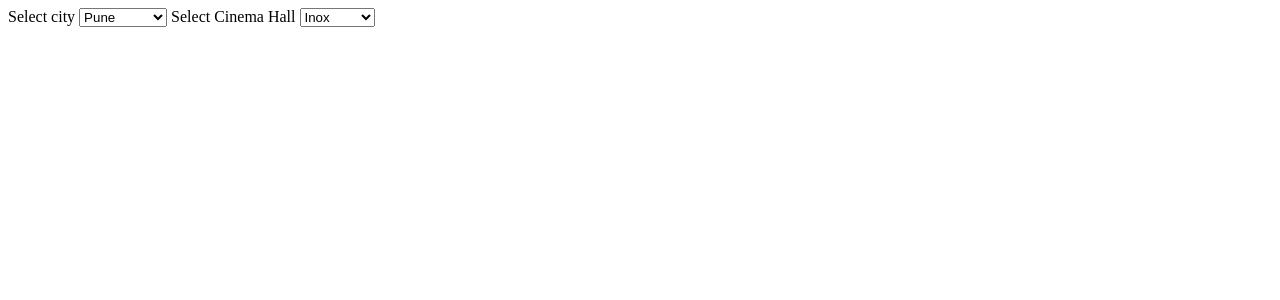
Repository: mayureshzende/C-JAVA-SQL-JS-NOTES-and-books
Page: java Notes/Adv java notes/AdvJava_prog/2018_Batch_5/bookmyshow/WebContent/cinemaHall.html
An editor plug-in stored every save of this project. The page is shown before and after the next save, followed by the edit.
The browser window is 1280 px wide. The pictures show the whole page.

Above is the page before, as saved 2018-09-25 04:05:30.

After the next save:
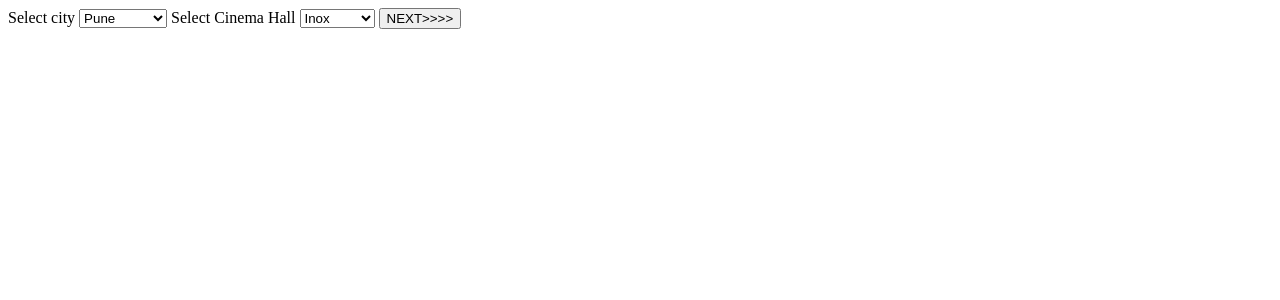
Saved 12 s later.
--- a/java Notes/Adv java notes/AdvJava_prog/2018_Batch_5/bookmyshow/WebContent/cinemaHall.html
+++ b/java Notes/Adv java notes/AdvJava_prog/2018_Batch_5/bookmyshow/WebContent/cinemaHall.html
@@ -13,6 +13,6 @@
   	<option value="citypride">Citypride</option>
   	<option value="pvr">PVR</option>
   </select>
-
+  <input type="submit" value="NEXT>>>>"/>
  </form>
 </HTML>
